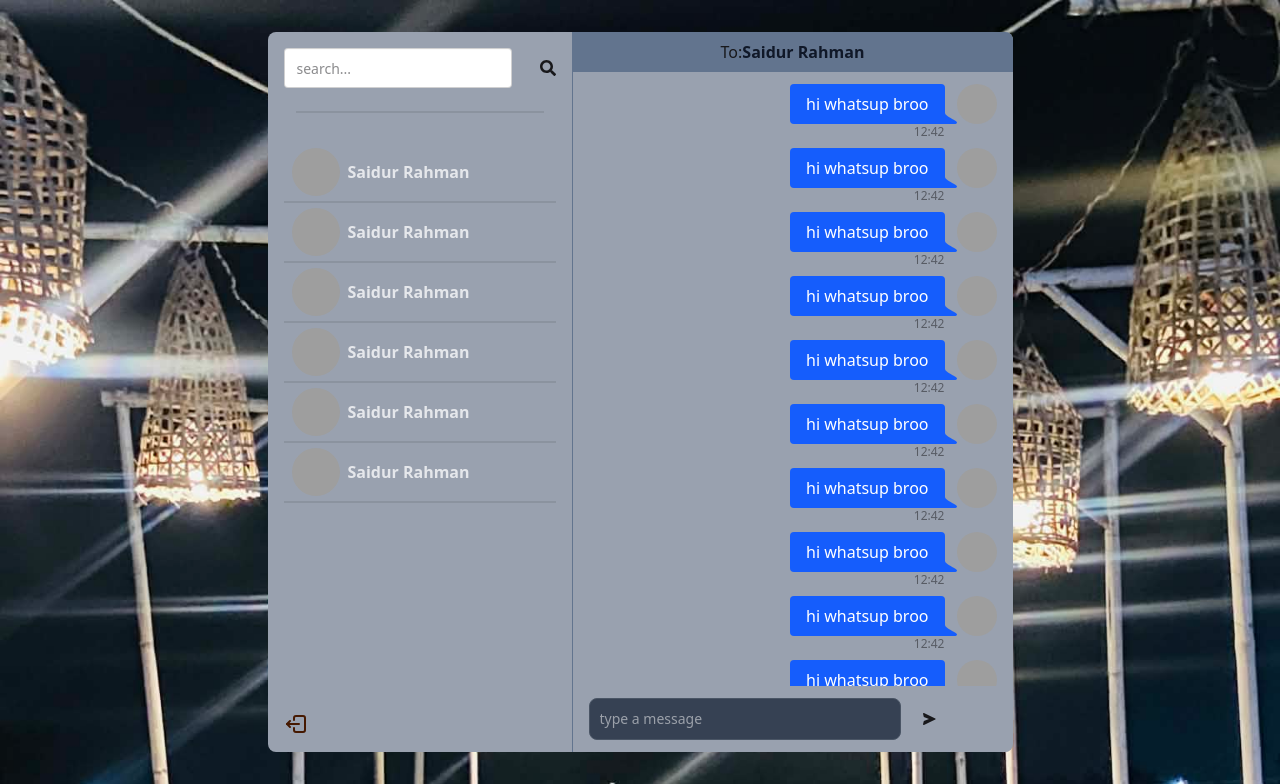
Repository: ridhukhan/chatapp
Page: / (app in frontend/)
The author's editor kept a copy of each file at every save. The page is drawn from the files as they stood at one save, then again after the next save.
The browser window is 1280 px wide. The pictures show the whole page.
Pictures or frames that could not be fetched are drawn as grey boxes. An inner scrolling area shows only its first screen. Backgrounds fixed to the window are drawn as part of the page. The project was rebuilt for these pictures with package versions that can differ from the ones it lists, and the page was loaded fresh each time. Also part of the build but not shown: frontend/vite.config.js, frontend/src/Pages/login/Login.jsx, frontend/src/Pages/signup/GendarCheckbox.jsx, frontend/src/Pages/signup/SignUp.jsx.

Above is the page before, as saved 2025-12-25 19:17:11.

After the next save:
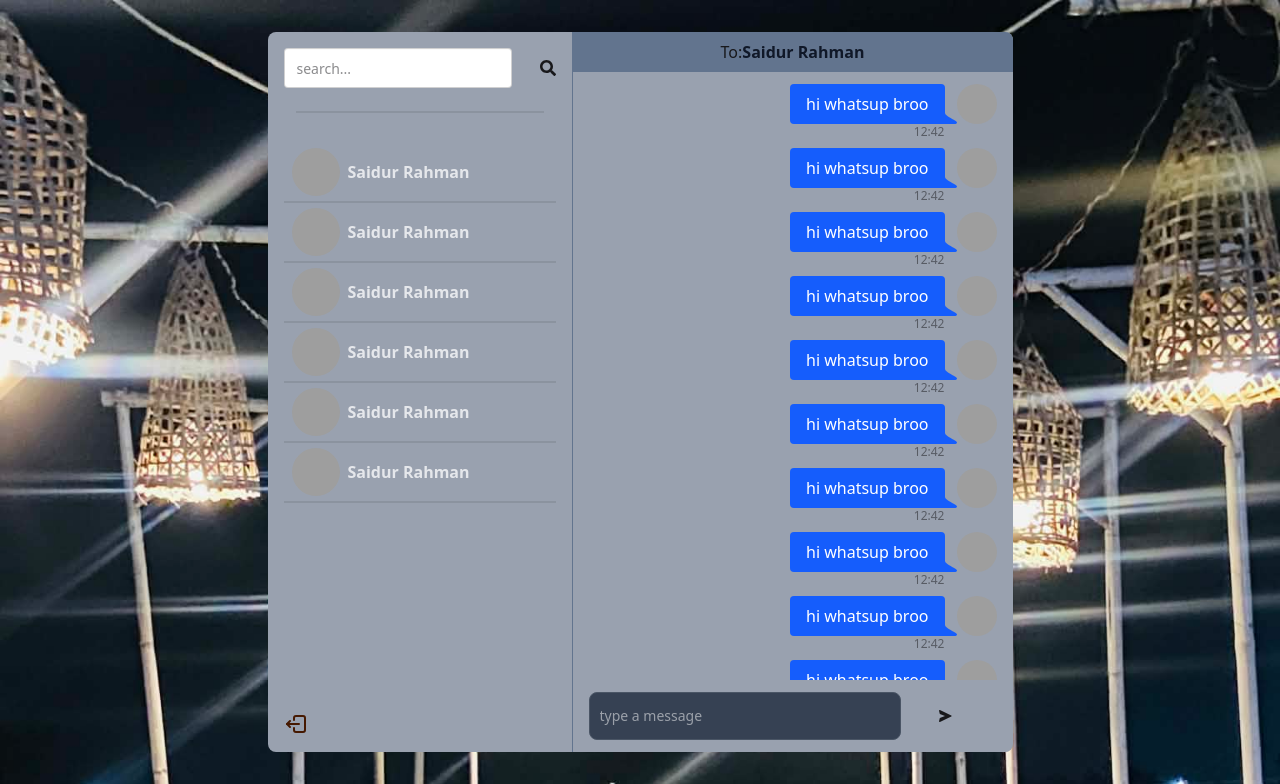
Saved 49 s later.
--- a/frontend/src/Components/messages/MessageInput.jsx
+++ b/frontend/src/Components/messages/MessageInput.jsx
@@ -8,7 +8,7 @@
 <input type="text" className='border text-sm rounded-lg block w-78 p-2.5 bg-gray-700 border-gray-600 text-white'
 placeholder='type a message'/>
 
-<button type='submit'className='ml-5  '>
+<button type='submit'className='ml-5  p-4  '>
 
 <BiSolidSend />
 

After the save that followed:
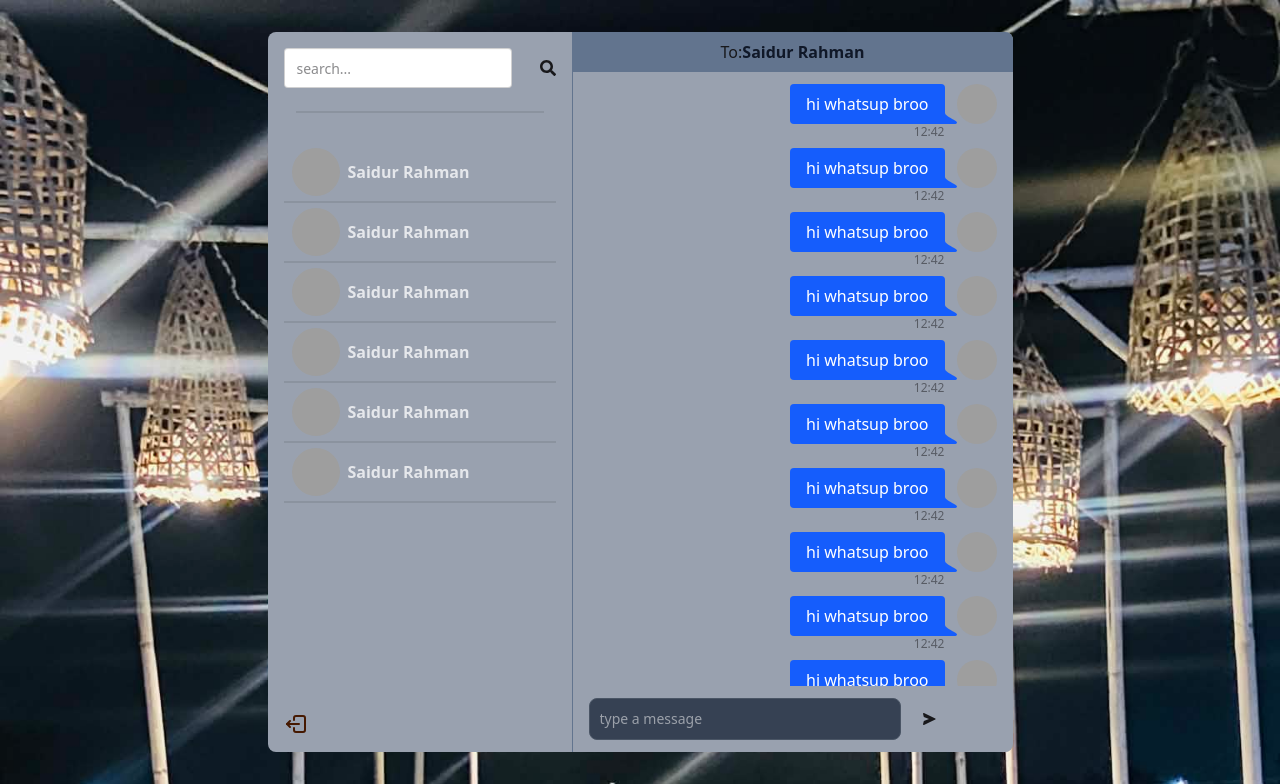
Saved 19 s later.
--- a/frontend/src/Components/messages/MessageInput.jsx
+++ b/frontend/src/Components/messages/MessageInput.jsx
@@ -8,7 +8,7 @@
 <input type="text" className='border text-sm rounded-lg block w-78 p-2.5 bg-gray-700 border-gray-600 text-white'
 placeholder='type a message'/>
 
-<button type='submit'className='ml-5  p-4  '>
+<button type='submit'className='ml-5 bg-black-500  '>
 
 <BiSolidSend />
 
